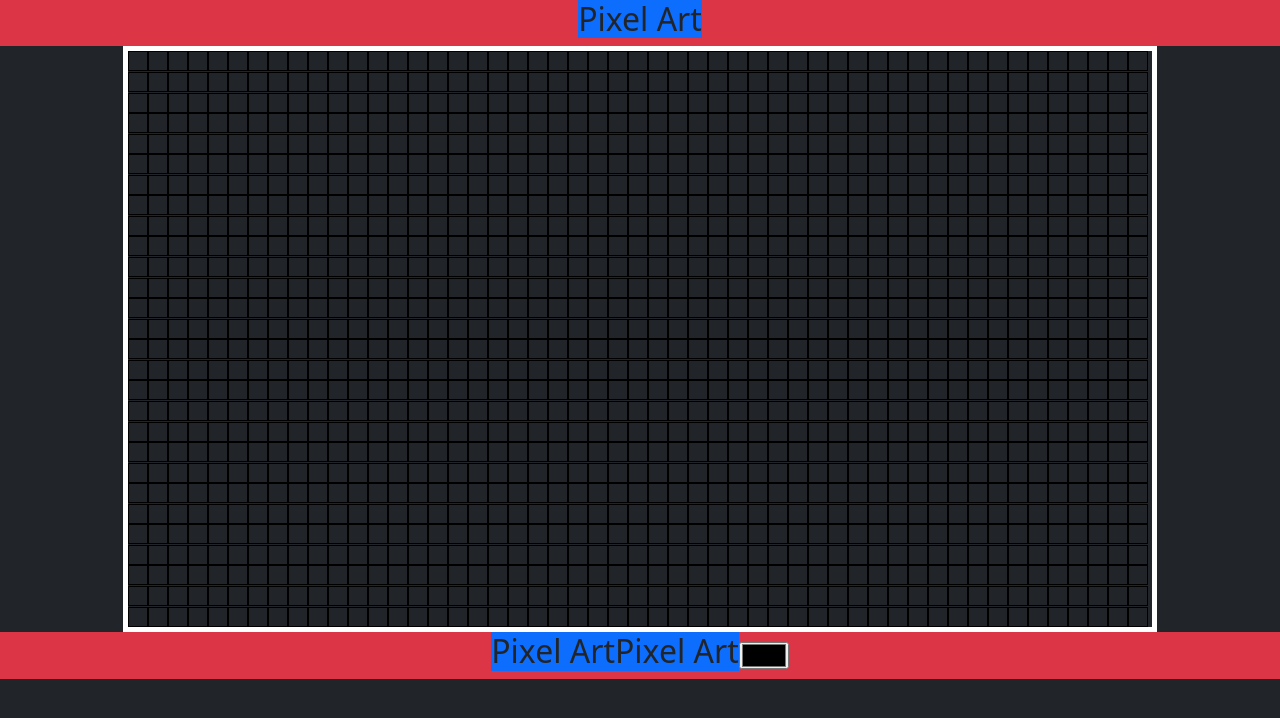
Repository: bechara611/pixelartdb
Page: /
The author's editor kept a copy of each file at every save. The page is drawn from the files as they stood at one save, then again after the next save.
The browser window is 1280 px wide. The pictures show the whole page.
The project was rebuilt for these pictures with package versions that can differ from the ones it lists, and the page was loaded fresh each time. Also part of the build but not shown: vite.config.js.

Above is the page before, as saved 2023-03-07 13:38:18.

### src/main.jsx
import React from 'react'
import ReactDOM from 'react-dom/client'
import App from './App'
import 'bootstrap/dist/css/bootstrap.min.css'
import 'bootstrap/dist/js/bootstrap.bundle.js'

ReactDOM.createRoot(document.getElementById('root')).render(

    <App />

)

### src/App.jsx

import { useEffect, useState } from 'react'
import './App.css'
import { SelectableGroup } from 'react-selectable-fast'
import { Pixel } from './Pixel'

const App = () => {
  const [pixels, setPixels] = useState([])
  const [isSelecting, setIsSelecting] = useState(false)
  const [startIndex, setStartIndex] = useState(null)
  const [colorActual, setcolorActual] = useState('#fff')

  useEffect(() => {
    let contenedor = document.getElementById('contenedor')
    let divsAloAlto = Math.floor(contenedor.offsetHeight / 20)
    let divsAlOancho = Math.floor(contenedor.offsetWidth / 20);
    //para saber cuantos divs necesita un contenedor multiplica el numero de divs a lo alto * el numero de divds a lo ancho
    setPixels(Array.from({ length: divsAloAlto * divsAlOancho }, () => { return { active: false, color: colorActual } }))

  }, [])

  const funcionArray = (index) => {
    let nuevoArray = [...pixels]
    nuevoArray[index] = { active: true, color: colorActual }
    setPixels(nuevoArray)
  }

  useEffect(() => {
    //console.log({ pixels })
  }, [pixels])

  const onMouseDown = (index) => {
    setIsSelecting(true);
    setStartIndex(index)
    // console.log('onMouseDown')
  }


  const onMouseOver2 = (index) => {
    if (isSelecting) {
      const pixelsupdated = [...pixels]
      pixelsupdated[index] = { ...pixelsupdated[index], active: true, color: colorActual }

      setPixels(pixelsupdated)

    }
    // console.log('onMouseOver')
  }
  const onMouseUp2 = (index) => {
    setIsSelecting(false)

  }
  return (
    <>
      <div className="bg-dark fondo">
        <div className="col-12 contenedor-05 bg-danger">
          <div className="contenedor-mayor header">
            <h2 className='bg-primary'>Pixel Art</h2>

          </div>
        </div>
        <div className="contenedor-mayor ">
          <div className="contorno">
            <div className="contenedor " id='contenedor'>

              {

                pixels.map((a, index) => {
                  return <Pixel key={index}
                    color={a.color}
                    active={a.active}
                    funcion={() => funcionArray(index)}
                    onMouseDown={() => { onMouseDown(index) }}
                    onMouseUp={() => { onMouseUp2(index) }}
                    onMouseOver={() => { onMouseOver2(index) }}
                  ></Pixel>
                })

              }

            </div>
          </div>
        </div>
        <div className="col-12 contenedor-06 bg-danger">
          <div className="contenedor-mayor header">
            <h2 className='bg-primary'>Pixel Art</h2>
            <h2 className='bg-primary'>Pixel Art</h2>
            <input type="color" value={colorActual}  onChange={(e) => { setcolorActual(e.target.value) }} />
          </div>
        </div>
      </div>
    </>
  )
}

export default App

### src/App.css
.fondo{
  height: 100vh;

}

.contorno{
  border: 5px solid white;
}

.contenedor-mayor{
  display: flex;
  flex-direction: row;
  justify-content: center;
  justify-self: center;
  align-items: center;

}
.contenedor-mayor2{
  width: 80vw;
  align-self: center;
  display: flex;
  flex-direction: row;
  justify-content: space-between;
}

.contenedor-05{
  display: flex;
  flex-direction: row;
  justify-content: center;
}

.pixel {
  width: 20px;
  height: 20px;
  border: 1px solid rgb(0, 0, 0);

  box-sizing: border-box;

}

.active {
background: transparent;
}

.contenedor {

  display: flex;
  flex-direction: row;
  flex-wrap: wrap;
  width: 80vw;
  height: 80vh;
  max-width: 80vw;
  max-height: 80vh;



}

### src/Pixel.jsx
import React, { useState } from 'react'
import './App.css'
import {selectableGroup, createSelectable} from 'react-selectable-fast'
export const Pixel = (props) => {
    const [isActive, setisActive] = useState(false)
  return (

 <div className={`pixel ${props.active ? 'active' : ''}`} style={{ background:props.active ? props.color : ''}}
 onClick={()=>{
    setisActive(!isActive)
    props.funcion();
}}
onMouseDown={()=>{props.onMouseDown()}}
onMouseUp={()=>{props.onMouseUp()}}
onTouchEnd={()=>{props.onMouseUp()}}
onMouseOver={()=>{props.onMouseOver()}}
onTouchStart={()=>{{
    props.onMouseDown()
    props.onMouseOver()}}}
 >

 </div>
  )
}

Loaded but not shown: index.html (common file)

After the next save:
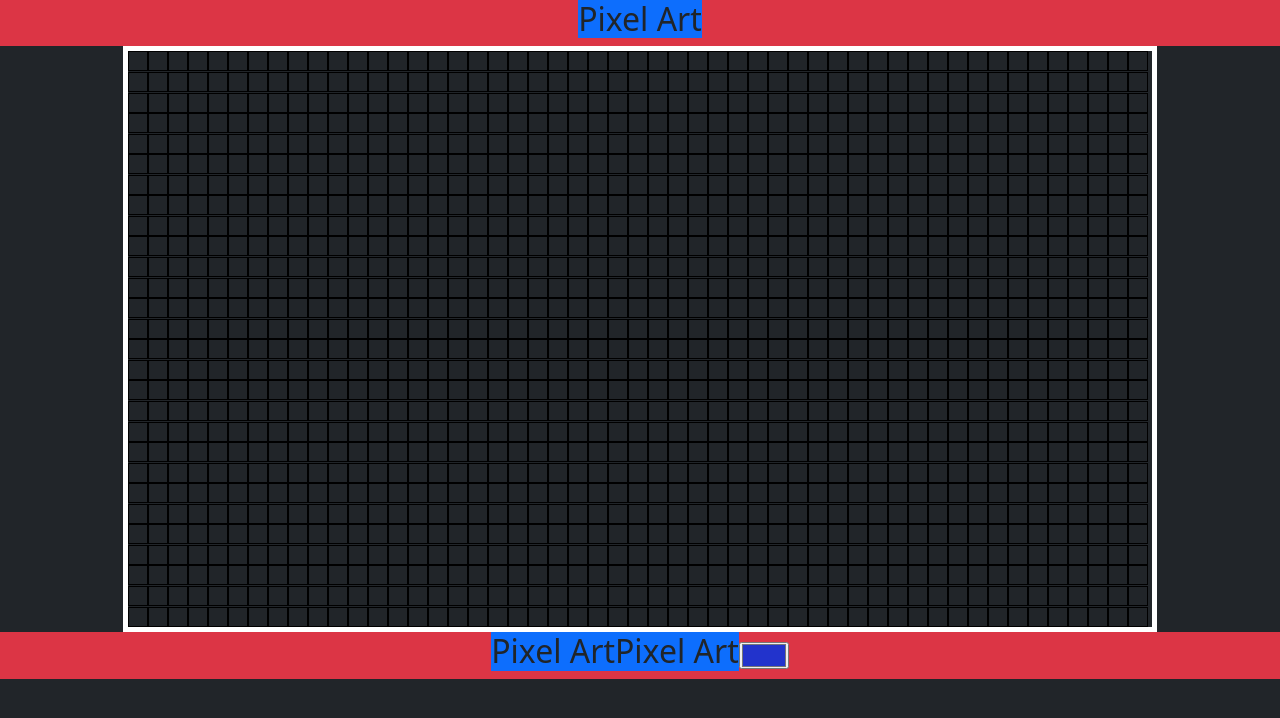
Saved 12 s later.
--- a/src/App.jsx
+++ b/src/App.jsx
@@ -8,7 +8,7 @@ const App = () => {
   const [pixels, setPixels] = useState([])
   const [isSelecting, setIsSelecting] = useState(false)
   const [startIndex, setStartIndex] = useState(null)
-  const [colorActual, setcolorActual] = useState('#fff')
+  const [colorActual, setcolorActual] = useState('#2233cc')
 
   useEffect(() => {
     let contenedor = document.getElementById('contenedor')
